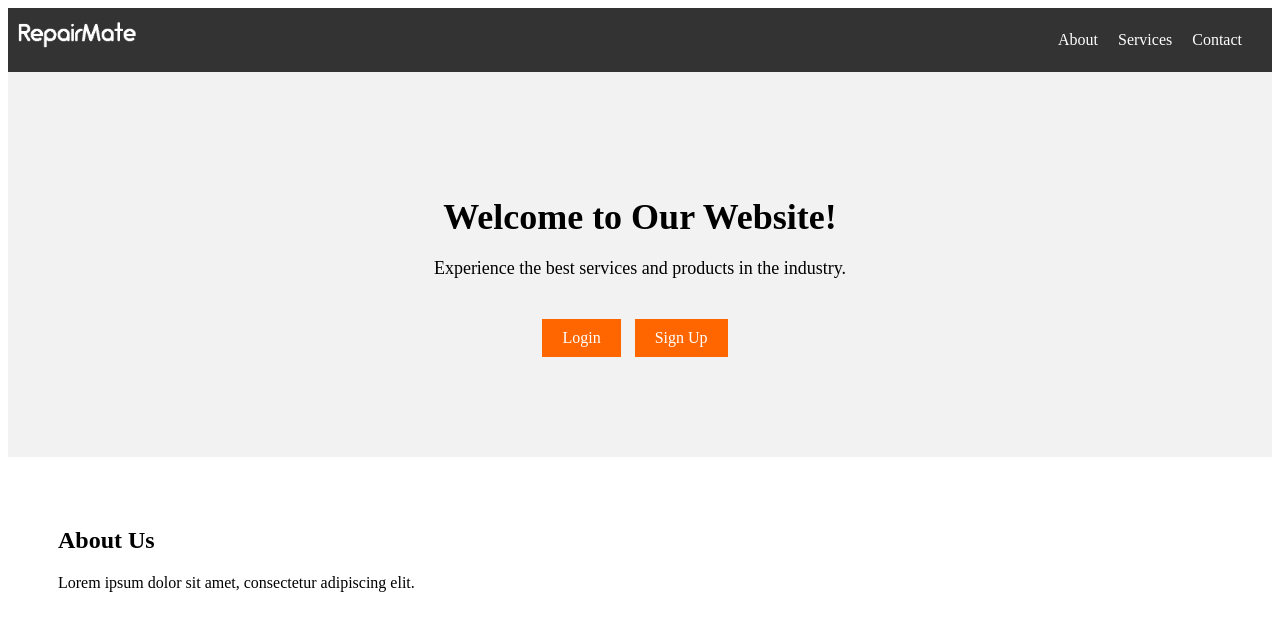
Repository: rohann12/RepairMate
Page: http://localhost/Garage/JSP/index.jsp
The author's editor kept a copy of each file at every save. The page is drawn from the files as they stood at one save, then again after the next save.
The browser window is 1280 px wide. The pictures show the whole page.
The page is served by Tomcat 9. Other server files are loaded and not shown.

Above is the page before, as saved 2023-06-17 14:09:29.

### Garage/src/main/webapp/JSP/index.jsp
<%@ page language="java" contentType="text/html; charset=UTF-8"
    pageEncoding="UTF-8"%>
<!DOCTYPE html>
<html>
<head>
  <title>RepairMate</title>
  <link rel="stylesheet" href="../CSS/index.css">

</head>
<body>
  <!-- Navigation Bar -->

   <jsp:include page="nav.jsp" />

  <!-- Landing Page Content -->
  <div class="landing-page">
    <h1>Welcome to Our Website!</h1>
    <p>Experience the best services and products in the industry.</p>
    <div class="cta-buttons">
      <a href="login.jsp">Login</a>
      <a href="registration.html">Sign Up</a>
    </div>
  </div>

  <!-- Other content of the landing page -->
  <div class="other-content">
    <h2>About Us</h2>
    <p>Lorem ipsum dolor sit amet, consectetur adipiscing elit.</p>
  </div>
</body>
</html>

### Garage/src/main/webapp/JSP/nav.jsp
<%@page contentType="text/html" pageEncoding="UTF-8"%>

<style>
nav {
  background-color: #333;
  padding: 10px;
  display: flex;
  justify-content: space-between;
  align-items: center;
}

.navbar-logo img {
  height: 40px;
}

.navbar-links ul {
  list-style-type: none;
  margin: 0;
  padding: 0;
  display: flex;
}

.navbar-links li {
  margin-right: 20px;
}

.navbar-links li a {
  color: #fff;
  text-decoration: none;
  font-size: 16px;
}

.navbar-links li a:hover {
  color: #ff6600;
}
</style>
<nav>
  <div class="navbar-logo">
    <a href="home.jsp">
      <img src="path/to/logo.png" alt="Logo">
    </a>
  </div>
  <div class="navbar-links">
    <ul>
      <li><a href="about.jsp">About</a></li>
      <li><a href="services.jsp">Services</a></li>
      <li><a href="contact.jsp">Contact</a></li>
    </ul>
  </div>
</nav>

### Garage/src/main/webapp/CSS/index.css
nav {
  background-color: #333;
  padding: 10px;
}

ul {
  list-style-type: none;
  margin: 0;
  padding: 0;
  overflow: hidden;
}

li {
  float: left;
  margin-right: 20px;
}

li a {
  color: #fff;
  text-decoration: none;
  font-size: 16px;
}

li a:hover {
  color: #ff6600;
}

/* Landing Page Styles */
.landing-page {
  text-align: center;
  padding: 100px;
  background-color: #f2f2f2;
}

.landing-page h1 {
  font-size: 36px;
  margin-bottom: 20px;
}

.landing-page p {
  font-size: 18px;
  margin-bottom: 40px;
}

.cta-buttons a {
  display: inline-block;
  padding: 10px 20px;
  background-color: #ff6600;
  color: #fff;
  text-decoration: none;
  margin-right: 10px;
  font-size: 16px;
}

.cta-buttons a:hover {
  background-color: #ff8533;
}

/* Other Content Styles */
.other-content {
  padding: 50px;
  background-color: #fff;
}

.other-content h2 {
  font-size: 24px;
  margin-bottom: 20px;
}

.other-content p {
  font-size: 16px;
}

After the next save:
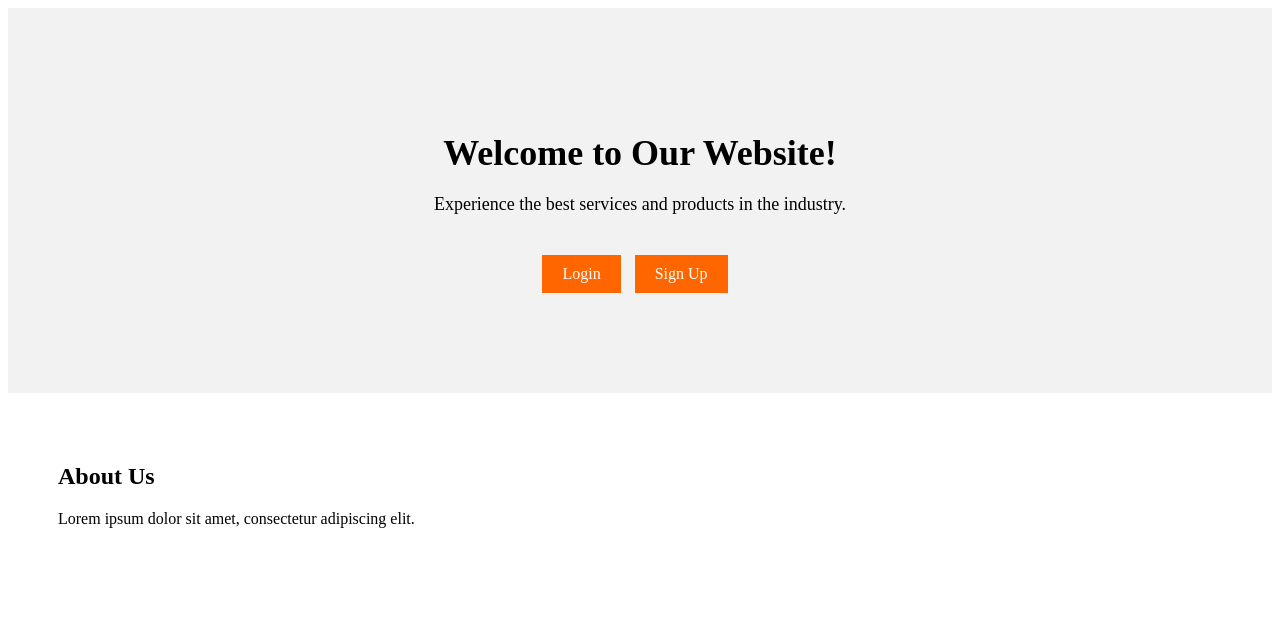
Saved 13 s later.
--- a/Garage/src/main/webapp/JSP/index.jsp
+++ b/Garage/src/main/webapp/JSP/index.jsp
@@ -10,7 +10,7 @@
 <body>
   <!-- Navigation Bar -->
 
-   <jsp:include page="nav.jsp" />
+
 
   <!-- Landing Page Content -->
   <div class="landing-page">

After the save that followed:
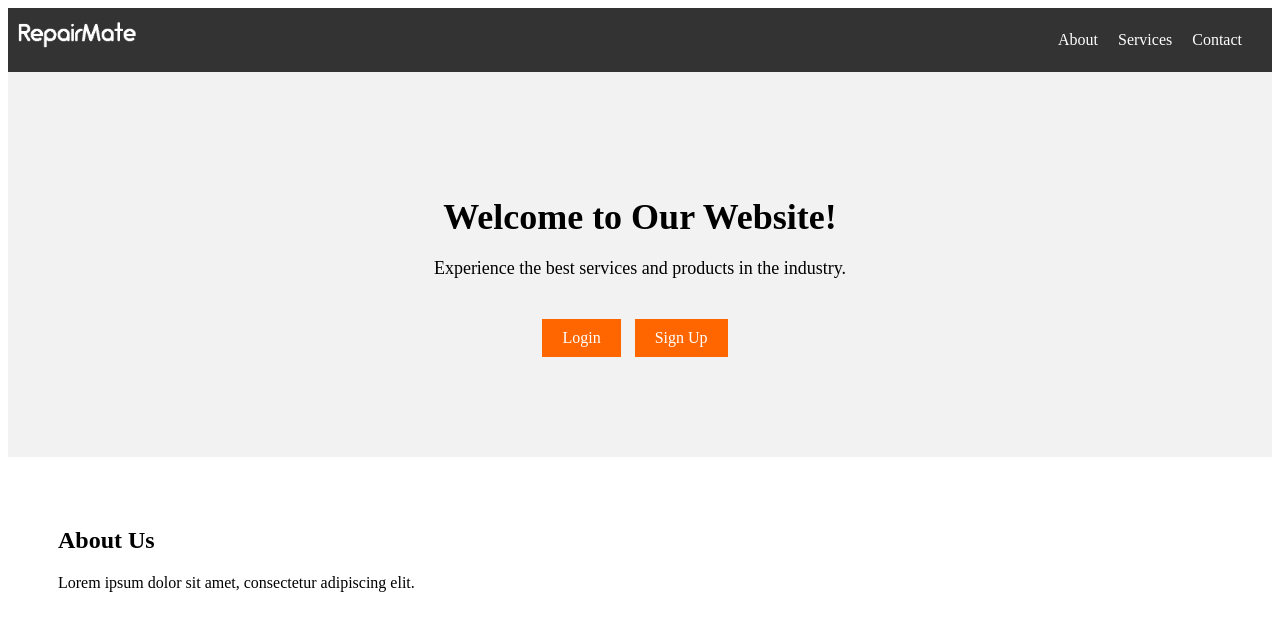
Saved 6 s later.
--- a/Garage/src/main/webapp/JSP/index.jsp
+++ b/Garage/src/main/webapp/JSP/index.jsp
@@ -10,7 +10,7 @@
 <body>
   <!-- Navigation Bar -->
 
-
+   <jsp:include page="nav.jsp" />
 
   <!-- Landing Page Content -->
   <div class="landing-page">
